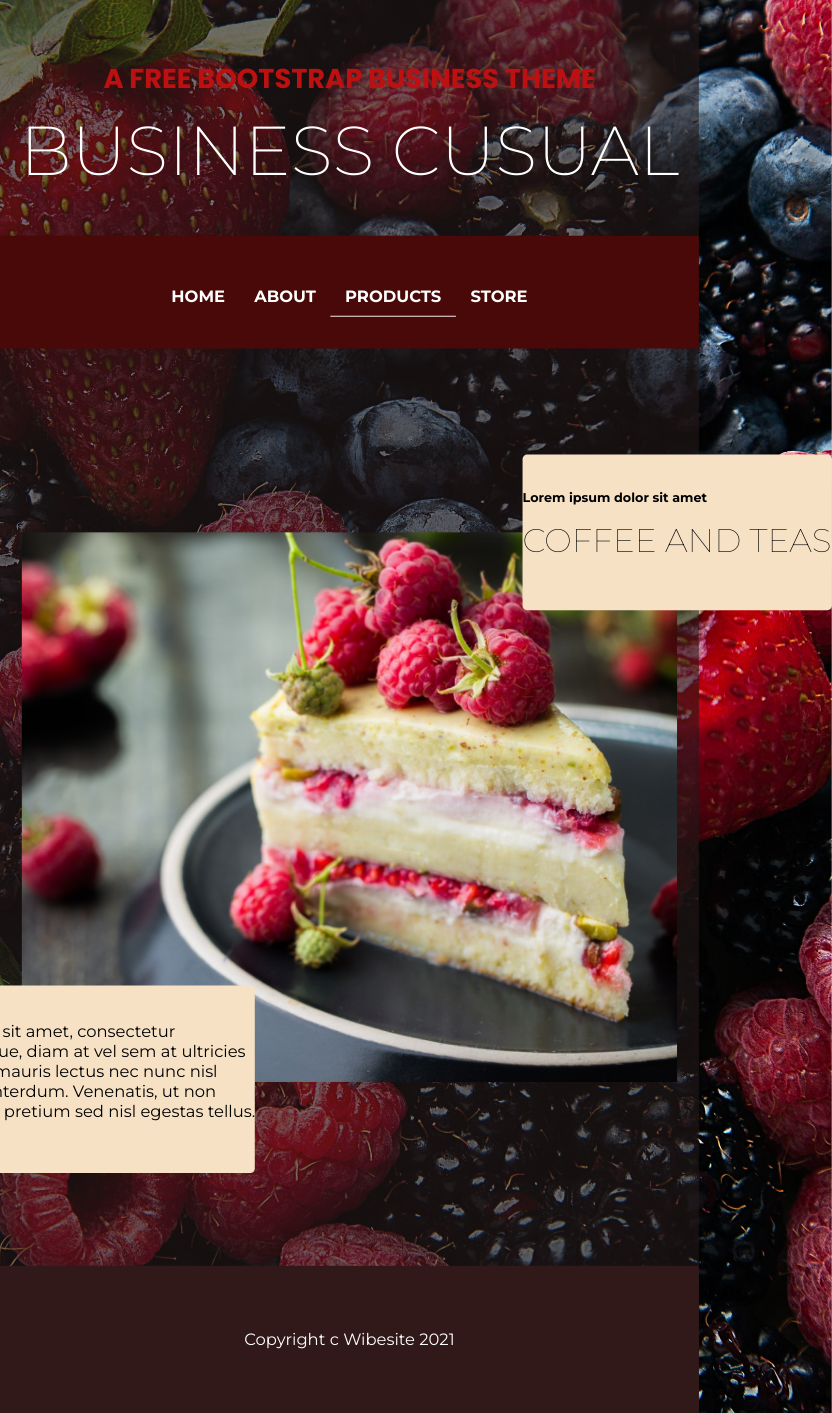
Repository: wadelfadill/tache_7_Business_bootstrap_theme
Page: product.html
These files come from the project's save history. The page is drawn as it stood at one moment and after the next save; the edit follows.
The browser window is 768 px wide. The page is 914 px wide, then 902 px, so the pictures cover 914 px, including what lies to the right of the window. The pictures show the whole page, at 91% of full size.

Above is the page before, as saved 2023-04-28 10:36:10.

### product.html
<!DOCTYPE html>
<html lang="en">
<head>
    <meta charset="UTF-8">
    <meta http-equiv="X-UA-Compatible" content="IE=edge">
    <meta name="viewport" content="width=device-width, initial-scale=1.0">
    <!------ title of website ------>
    <title>Business website</title>
    <!------ Bootstrap cdn link ------>
    <link href="https://cdn.jsdelivr.net/npm/bootstrap@5.1.3/dist/css/bootstrap.min.css" rel="stylesheet" integrity="sha384-1BmE4kWBq78iYhFldvKuhfTAU6auU8tT94WrHftjDbrCEXSU1oBoqyl2QvZ6jIW3" crossorigin="anonymous">
    <!------- css link -------------->
    <link rel="stylesheet" href="css/style.css">
    <link rel="stylesheet" href="css/product_style.css">
    <!---------Google Fonts links ---------->
    <link rel="preconnect" href="https://fonts.googleapis.com">
    <link rel="preconnect" href="https://fonts.gstatic.com" crossorigin>
    <link href="https://fonts.googleapis.com/css2?family=Montserrat:wght@100;200;400;700&family=Poppins:wght@700&display=swap" rel="stylesheet">

</head>
<body>
    <!-- ========== Start Header Section ========== -->
    <header id="header">
        <h2 class="first_title text-center">A FREE BOOTSTRAP BUSINESS THEME</h2>
        <h1 class="second_title text-center">BUSINESS CUSUAL</h1>
        <!-- ========== Start navbar  Section ========== -->
        <nav class="my-auto mt-5">
            <div class="container my-auto">
                <ul class="nav justify-content-center">
                    <li class="nav-item">
                      <a class="nav-link" aria-current="page" href="index.html">HOME</a>
                    </li>
                    <li class="nav-item">
                      <a class="nav-link" href="about.html">ABOUT</a>
                    </li>
                    <li class="nav-item">
                      <a class="nav-link active" href="product.html">PRODUCTS</a>
                    </li>
                    <li class="nav-item">
                      <a class="nav-link" href="store.html">STORE</a>
                    </li>
                </ul>
            </div>
        </nav>
        <!-- ========== End navbar  Section ========== -->
    </header>
    <!-- ========== End Header Section ========== -->
    <!-- ========== Start Main Section ========== -->
    <main>
      <!-- ========== Start First Section ========== -->
      <section id="first_section">
        <div class="container">
          <div class="row justify-content-center">
            <div class="col photo_fisrt position-relative">
              <div class="box-top position-absolute top-0 start-100 translate-middle">
                <p class="p1">Lorem ipsum dolor sit amet</p>
                <p class="p2">COFFEE AND TEAS</p>
              </div>
              <div class="box-bottom">
                <p>Lorem ipsum dolor sit amet, consectetur <br>
                  adipiscing elit. Neque, diam at vel sem at ultricies <br>
                  aliquet. Quis risus, mauris lectus nec nunc nisl <br>
                  aliquam faucibus interdum. Venenatis, ut non <br>
                  commodo in. Nunc pretium sed nisl egestas tellus.</p>
              </div>
            </div>
          </div>
        </div>
      </section>
      <!-- ========== End First Section ========== -->
    </main>
    <!-- ========== End Main Section ========== -->
    <footer id="footer">
        <p class="text-center">Copyright c Wibesite 2021</p>
    </footer>



    <!------ Bootstrap script -------->
    <script src="https://cdn.jsdelivr.net/npm/bootstrap@5.1.3/dist/js/bootstrap.bundle.min.js" integrity="sha384-ka7Sk0Gln4gmtz2MlQnikT1wXgYsOg+OMhuP+IlRH9sENBO0LRn5q+8nbTov4+1p" crossorigin="anonymous"></script>
</body>
</html>

### css/style.css
/* ===== General ====== */

:root{
    --red-color: #BD1111;
    --bg-red:#490909;
    --white-color: #FFFFFF;
    --black-color: #000000;
    --bg-beize:#F6E1C5;
    --bg-red-black: #311919;
    --bg-red-opac:rgba(165, 52, 43, 0.69);
    --red-border: #CD5449;
}
*{
    margin: 0;
    padding: 0;
}
body{
    padding: 0;
    margin: 0;
    background-image: linear-gradient(rgba(34, 24, 24, 0.6), rgba(34, 24, 24, 0.6)), url("../images/1.jpeg");
    background-position: center;
    background-size: cover;
    background-repeat: no-repeat;
}
/* ===== squelette ====== */
/* ===== header section ====== */
/* ===== header titles ======= */
#header .first_title{
    font-family: 'Poppins';
    font-style: normal;
    font-weight: 700;
    font-size: 30px;
    line-height: 45px;
    color: var(--red-color);
    margin-top: 65px;
}
#header .second_title{
    font-family: 'Montserrat';
    font-style: normal;
    font-weight: 200;
    font-size: 76px;
    line-height: 93px;
    color: var(--white-color);
}
/* ====== header navbar ======*/
#header nav{
    background: var(--bg-red);
    height: 124px;
}
#header nav ul li{
    margin-top: 48px;
}
#header nav a{
    font-family: 'Montserrat';
    font-style: normal;
    font-weight: 700;
    font-size: 18px;
    line-height: 22px;
    color: var(--white-color);
}
#header nav a.active{
    padding-bottom: 10px;
    border-bottom: 1px solid white;
}
/* ==== Main section ==========*/
/* main{
    height: 1000px;
} */
/* ====== footer section ====== */
#footer{
    height: 162px;
    background: var(--bg-red-black);
    padding-top: 70px;
}
#footer p{
    font-family: 'Montserrat';
    font-style: normal;
    font-weight: 400;
    font-size: 18px;
    line-height: 22px;
    color: var(--white-color);
}


/* ===== responsive css ======*/
@media screen and (max-width:550px) {
    #header .second_title{
        font-size: 30px;
    }
    #header nav{
        height: max-content;
        padding-bottom: 40px;
    }
}

### css/product_style.css
/* ===== General ====== */

:root{
    --red-color: #BD1111;
    --bg-red:#490909;
    --white-color: #FFFFFF;
    --black-color: #000000;
    --bg-beize:#F6E1C5;
    --bg-red-black: #311919;
    --bg-red-opac:rgba(165, 52, 43, 0.69);
    --red-border: #CD5449;
}


/* ==========first section ========= */
#first_section{
    margin-top: 202px;
    margin-bottom: 202px;
    width: 100%;
}
#first_section .photo_fisrt{
    max-width: 844px;
    height: 604px;
    background: url("../images/gateau-p.png");
    align-self: center;
}
#first_section .box-top{
    max-width: 413px;
    min-height: 150px;
    background: var(--bg-beize);
    padding-top: 39px;
    padding-bottom: 39px;
    border-radius: 5px;
    width: max-content;
}
#first_section .box-top .p1{
    font-family: 'Montserrat';
    font-style: normal;
    font-weight: 600;
    font-size: 14px;
    line-height: 17px;
    color: #000000;
}
#first_section .box-top .p2{
    font-family: 'Montserrat';
    font-style: normal;
    font-weight: 100;
    font-size: 36px;
    line-height: 44px;
    color: #000000;
}
#first_section .box-bottom{
    max-width: 521px;
    min-height: 189px;
    padding-top: 40px;
    padding-bottom: 40px;
    position: absolute;
    bottom: -100px;
    left: -198px;
    background: var(--bg-beize);
    border-radius: 5px;
}
#first_section .box-bottom p{
    font-family: 'Montserrat';
    font-style: normal;
    font-weight: 400;
    font-size: 18px;
    line-height: 22px;
    color: #000000;
}

After the next save:
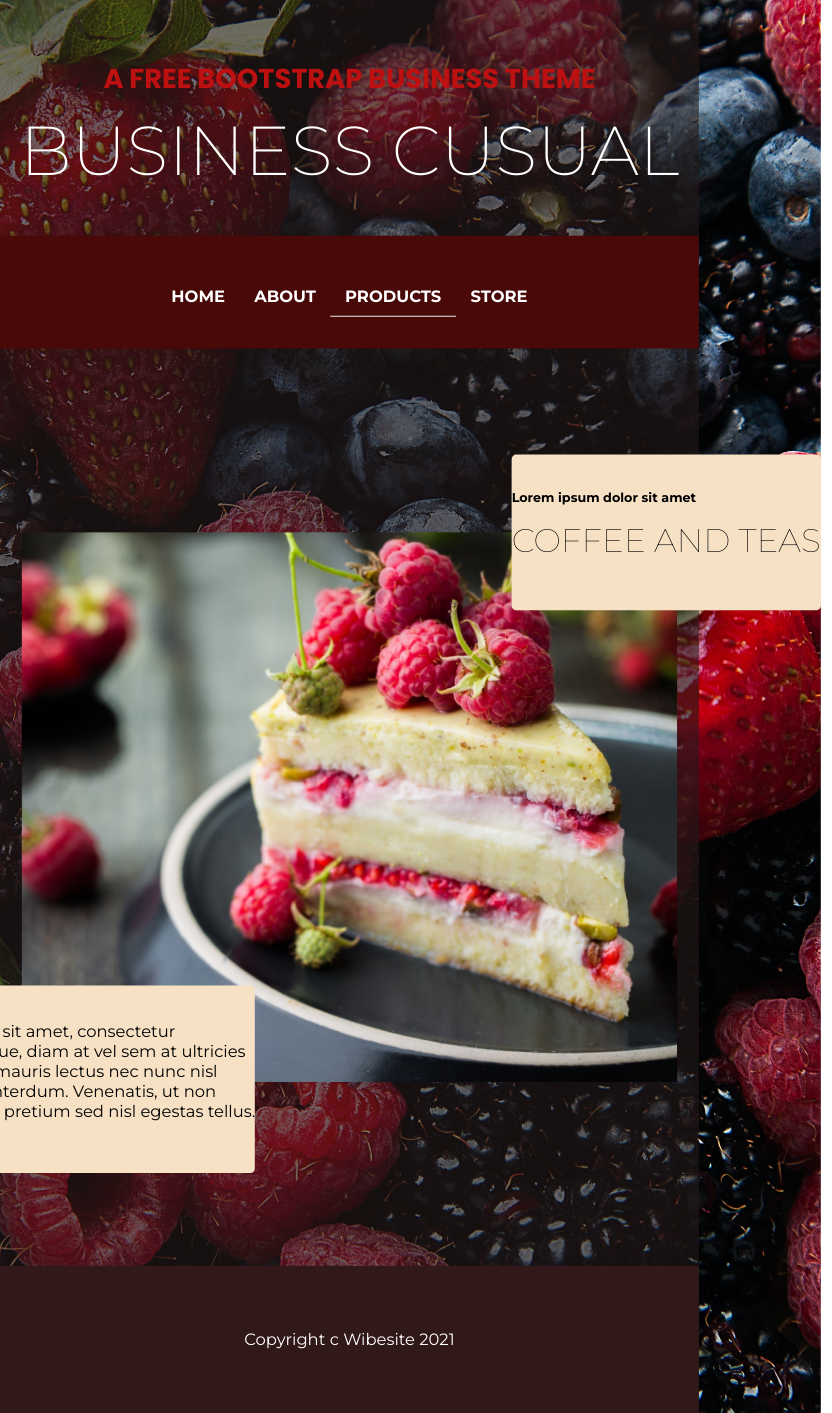
Saved 4 min 13 s later.
--- a/css/product_style.css
+++ b/css/product_style.css
@@ -68,3 +68,12 @@
     line-height: 22px;
     color: #000000;
 }
+
+/* ============== responsive css ================ */
+@media screen and (max-width:768px) {
+    #first_section .box-top{
+        position: relative !important;
+        transform-origin: 50%;
+    }
+
+}
